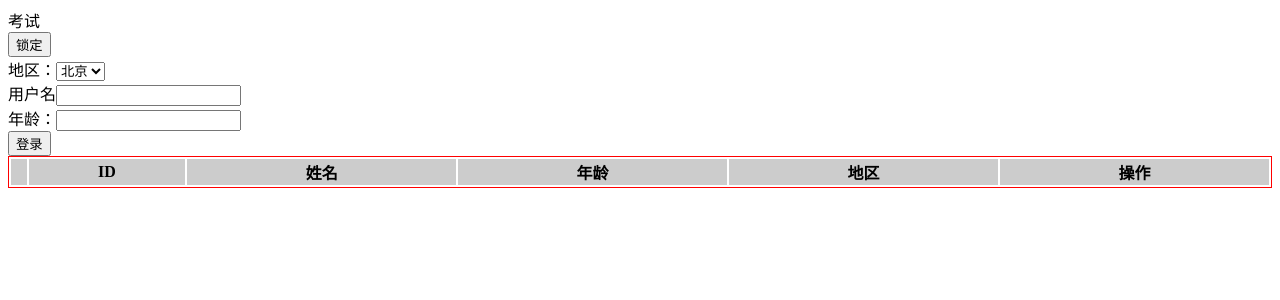
Repository: Sjl-2114/2006z
Page: / (app in A卷/vue-kaoshi/)
An editor plug-in stored every save of this project. The page is shown before and after the next save, followed by the edit.
The browser window is 1280 px wide. The pictures show the whole page.
The project was rebuilt for these pictures with package versions that can differ from the ones it lists, and the page was loaded fresh each time.

Above is the page before, as saved 2021-04-28 16:02:55.

### A卷/vue-kaoshi/src/App.vue
<template>
  <div>
    考试
    <br>
    <button>{{das}}</button>
    <br>
    <span>地区：</span>
    <select >
      <option :value="item.name" v-for="(item, index) in list" :key="index">
          {{item.name}}
      </option>
    </select>
    <br>
    <span>用户名</span>
    <input type="text" v-model="username">
    <br>
    <span>年龄：</span>
    <input type="number" v-model="age">
    <br>
    <button @click="abb">登录</button>
    <br>
    <table style="width:100%" class="table">
        <thead>
          <tr>
            <th></th>
            <th>ID</th>
            <th>姓名</th>
            <th>年龄</th>
            <th>地区</th>
            <th>操作</th>

          </tr>
        </thead>
        <tbody>
          <tr v-for="(item, index) in items" :key="index">
            <td>
              <input type="checkbox">
            </td>
            <td>332</td>
            <td>2343</td>
            <td>324423</td>
            <td>324423</td>
            <td>
              <button>修改</button>
              <button>删除</button>
            </td>
          </tr>
        </tbody>

    </table>
  </div>
</template>
<script>
  import data from '../public/data.json'
export default {
  data() {
    return {
      das:'锁定',
      list: data.data,
      usename:'',
      age:'',

    }
  },
  methods:{

  },

}
</script>
<style>
  .table{
    text-align: center;
    border: 1px solid red;
  }
  thead{
    background: #ccc;
  }
  td{
    border: 1px solid #ccc;
  }
</style>

### A卷/vue-kaoshi/public/data.json
{
  "data": [
    {
      "id": 1,
      "name": "北京"
    },
    {
      "id": 2,
      "name": "上海"
    },
    {
      "id": 3,
      "name": "广州"
    },
    {
      "id": 4,
      "name": "成都"
    }
  ]
}

Loaded but not shown: A卷/vue-kaoshi/public/index.html (common file); A卷/vue-kaoshi/src/main.js (common file)

After the next save:
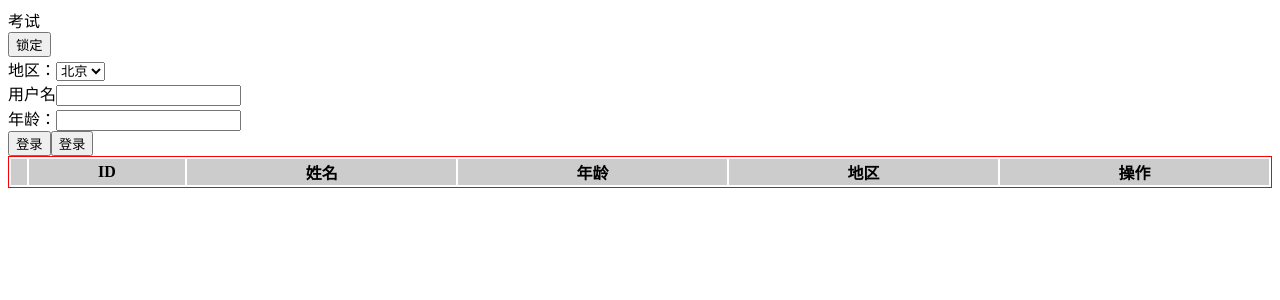
Saved 8 s later.
--- a/A卷/vue-kaoshi/src/App.vue
+++ b/A卷/vue-kaoshi/src/App.vue
@@ -17,6 +17,7 @@
     <span>年龄：</span>
     <input type="number" v-model="age">
     <br>
+    <button @click="abb">登录</button>
     <button @click="abb">登录</button>
     <br>
     <table style="width:100%" class="table">
